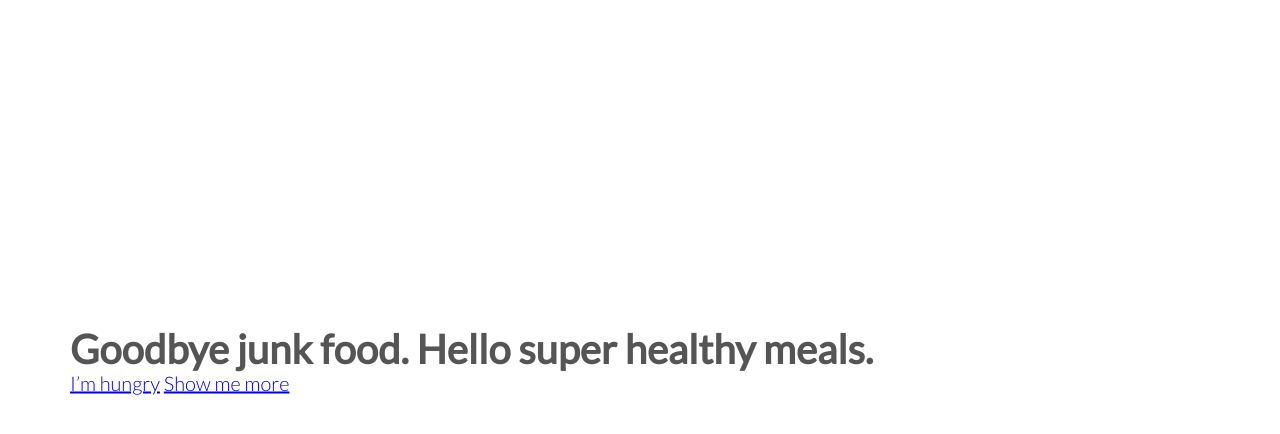
Repository: MalgorzataMazur/Omnifood
Page: index.html
The author's editor kept a copy of each file at every save. The page is drawn from the files as they stood at one save, then again after the next save.
The browser window is 1280 px wide. The pictures show the whole page.

Above is the page before, as saved 2019-10-23 20:30:40.

### index.html
<!DOCTYPE html>
<html lang="en">
    <head>
        <link rel="stylesheet" href="vendors/css/normalize.css">
        <link rel="stylesheet" href="vendors/css/grid.css">
        <link rel="stylesheet" href="resources/css/style.css">
        <link href="https://fonts.googleapis.com/css?family=Lato:100,300,300i,400&display=swap" rel="stylesheet">
        <meta charset="UTF-8">
        <meta name="viewport" content="width=device-width, initial-scale=1.0">
        <meta http-equiv="X-UA-Compatible" content="ie=edge">
        <title>Omnifood</title>
    </head>
    <body>
        <header> <!-- like container to put some conetent nav, footer, main element for the main cinetent etc-->
            <div class="hero-text-box">
                <h1>Goodbye junk food. Hello super healthy meals.</h1>
                <a href="#">I’m hungry</a>
                <a href="#">Show me more</a>



            </div>
        </header>


    </body>
</html>

### resources/css/style.css
* {
    margin: 0%;
    padding: 0%;
    box-sizing: border-box;
}

html {
    background-color: #fff;
    color: #555;
    font-family: 'Lato';'Arial', sans-serif;
    font-weight: 300;
    font-size: 20px;
    text-rendering: optimizeLegibility;
}

.row {
    max-width: 1140px;
    margin: 0 auto;
}

header {
    background-image: linear-gradient(rgba(0, 0, 0, 0.705), rgba(0, 0, 0, 0.705)) url(img/hero.jpg);
    background-size: cover;
    background-position: center;
    height: 100vh;
}

.hero-text-box {
    position: absolute;
    width: 1140px;
    top: 50%;
    left: 50%;
    transform: translate(-50%,-50%);
}

h1 {
    margin: 0;
}

Loaded but not shown: vendors/css/normalize.css (library); vendors/css/grid.css (library)

After the next save:
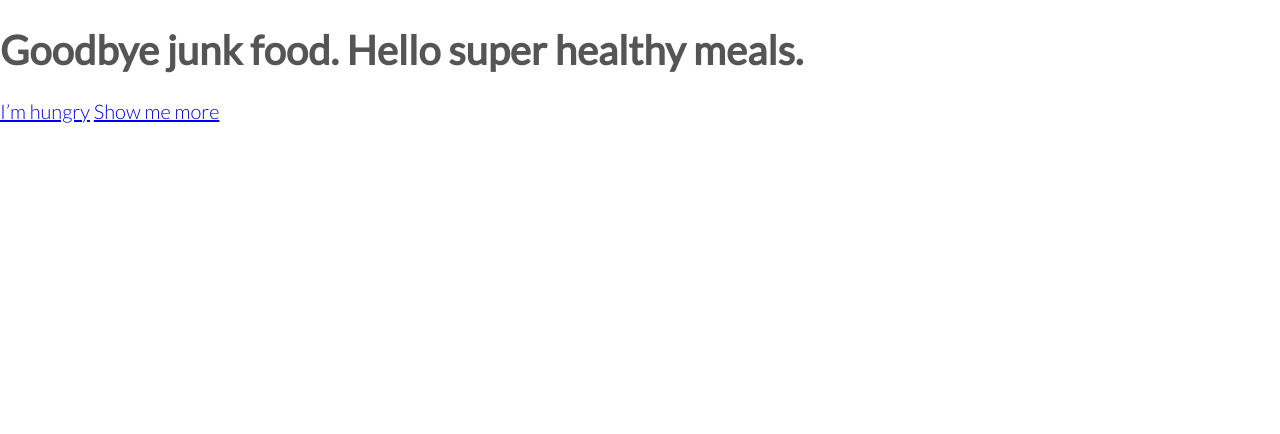
Saved 105 s later.
--- a/resources/css/style.css
+++ b/resources/css/style.css
@@ -19,7 +19,7 @@ html {
 }
 
 header {
-    background-image: linear-gradient(rgba(0, 0, 0, 0.705), rgba(0, 0, 0, 0.705)) url(img/hero.jpg);
+    background-image: linear-gradient(rgba(0, 0, 0, 0.705), rgba(0, 0, 0, 0.705)) (url(img/hero.jpg);
     background-size: cover;
     background-position: center;
     height: 100vh;
